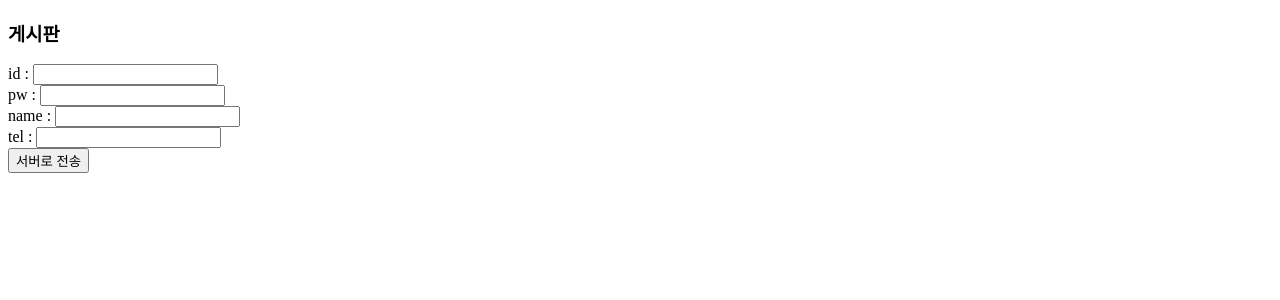
Repository: sds2317884/Spring
Page: http://localhost/spring02/bbs.jsp
The author's editor kept a copy of each file at every save. The page is drawn from the files as they stood at one save, then again after the next save.
The browser window is 1280 px wide. The pictures show the whole page.
The page is served by Tomcat 9. Other server files are loaded and not shown.

Above is the page before, as saved 2022-11-23 05:25:10.

### spring02/src/main/webapp/bbs.jsp
<%@ page language="java" contentType="text/html; charset=UTF-8"
    pageEncoding="UTF-8"%>
<!DOCTYPE html>
<html>
<head>
<meta charset="UTF-8">
<title>Insert title here</title>
</head>
<body>
<h3>게시판</h3>
<form action="insert.multi">
	id : <input name="id"> <br>
	pw : <input name="pw"> <br>
	name : <input name="name"> <br>
	tel : <input name="tel"> <br>
	<button>서버로 전송</button>
</form>
</body>
</html>

After the next save:
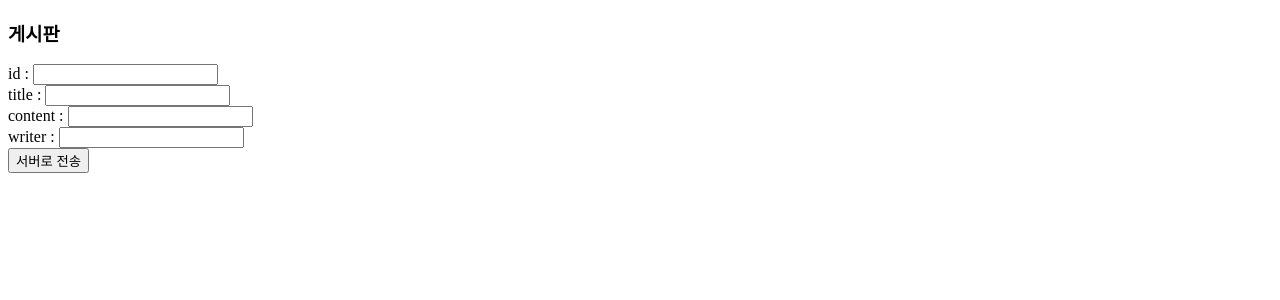
Saved 46 s later.
--- a/spring02/src/main/webapp/bbs.jsp
+++ b/spring02/src/main/webapp/bbs.jsp
@@ -10,9 +10,9 @@
 <h3>게시판</h3>
 <form action="insert.multi">
 	id : <input name="id"> <br>
-	pw : <input name="pw"> <br>
-	name : <input name="name"> <br>
-	tel : <input name="tel"> <br>
+	title : <input name="title"> <br>
+	content : <input name="content"> <br>
+	writer : <input name="writer"> <br>
 	<button>서버로 전송</button>
 </form>
 </body>
